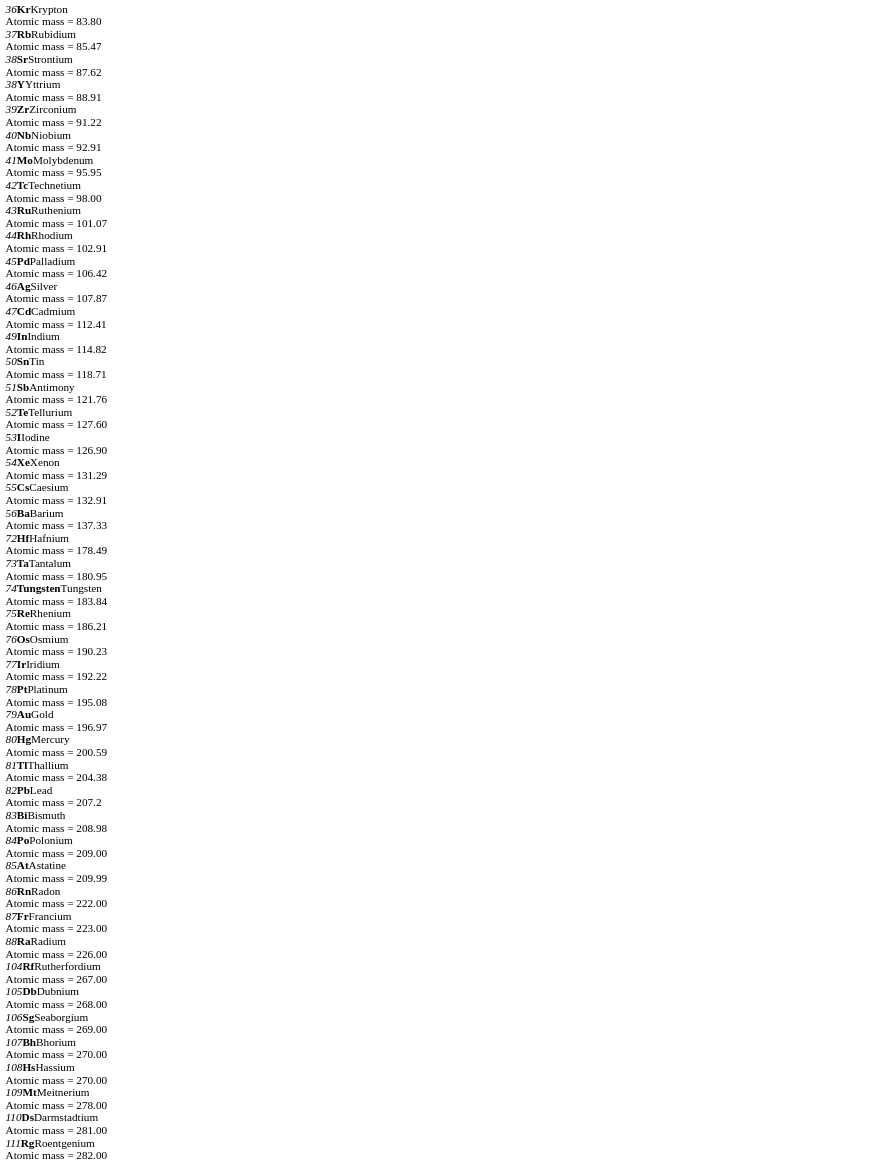
Repository: manayparikh1/Periodify
Page: index.html
These files come from the project's save history. The page is drawn as it stood at one moment and after the next save; the edit follows.
The browser window is 1280 px wide. The pictures show the part of the page from y = 1600 to 3520 px (the page is 3268 px tall before and 3520 px after), at 70% of full size.

Above is the page before, as saved 2026-10-16 21:07:02.

After the next save:
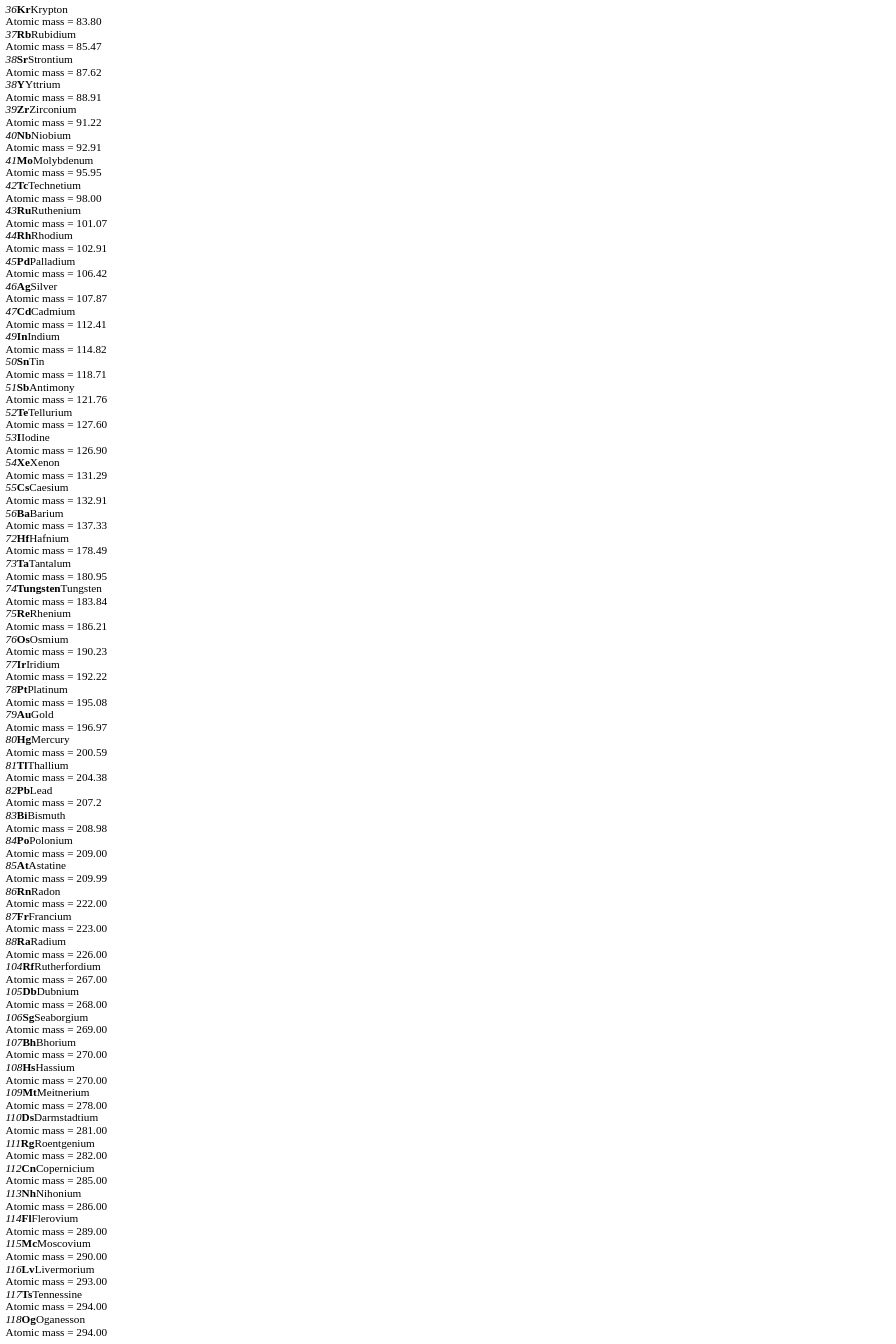
Saved 5 min 7 s later.
--- a/index.html
+++ b/index.html
@@ -126,3 +126,10 @@
             <div class="el tm" tabindex="0"><i>109</i><b>Mt</b><span>Meitnerium<br>Atomic mass = 278.00</span></div>
             <div class="el tm" tabindex="0"><i>110</i><b>Ds</b><span>Darmstadtium<br>Atomic mass = 281.00</span></div>
             <div class="el tm" tabindex="0"><i>111</i><b>Rg</b><span>Roentgenium<br>Atomic mass = 282.00</span></div>
+            <div class="el tm" tabindex="0"><i>112</i><b>Cn</b><span>Copernicium<br>Atomic mass = 285.00</span></div>
+            <div class="el pt" tabindex="0"><i>113</i><b>Nh</b><span>Nihonium<br>Atomic mass = 286.00</span></div>
+            <div class="el pt" tabindex="0"><i>114</i><b>Fl</b><span>Flerovium<br>Atomic mass = 289.00</span></div>
+            <div class="el pt" tabindex="0"><i>115</i><b>Mc</b><span>Moscovium<br>Atomic mass = 290.00</span></div>
+            <div class="el pt" tabindex="0"><i>116</i><b>Lv</b><span>Livermorium<br>Atomic mass = 293.00</span></div>
+            <div class="el hg" tabindex="0"><i>117</i><b>Ts</b><span>Tennessine<br>Atomic mass = 294.00</span></div>
+            <div class="el hg" tabindex="0"><i>118</i><b>Og</b><span>Oganesson<br>Atomic mass = 294.00</span></div>
